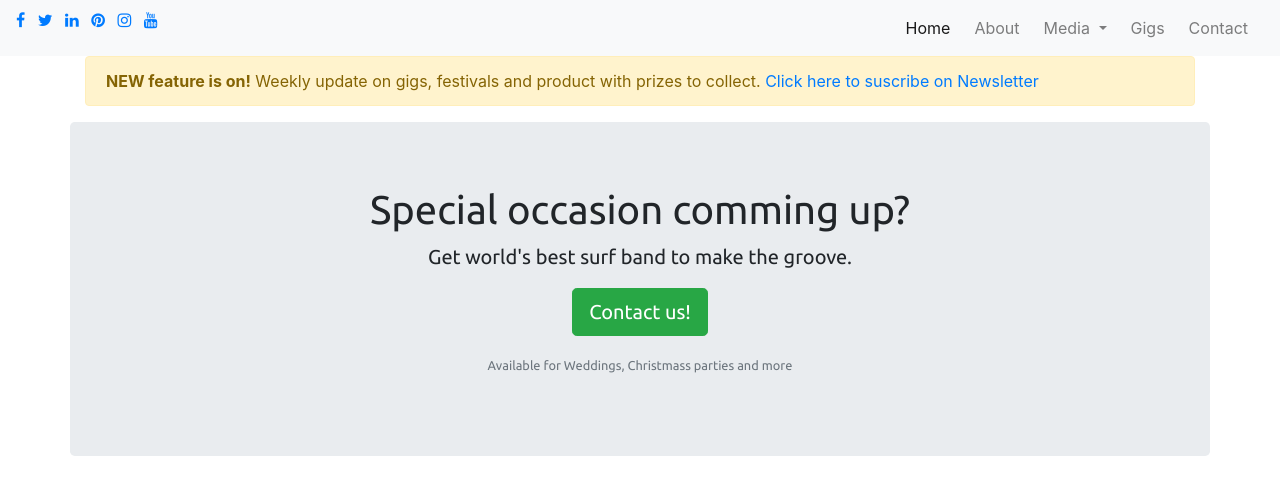
Repository: NamcorStudent/Stream_1_Project_HTML5-CSS3
Page: index.html
The author's editor kept a record of every edit. The page is drawn from the files as they stood at one moment, then again after the next edit.
The browser window is 1280 px wide. The pictures show the whole page.
Some web libraries are served in a nearby version.

Above is the page before.

After the next edit:
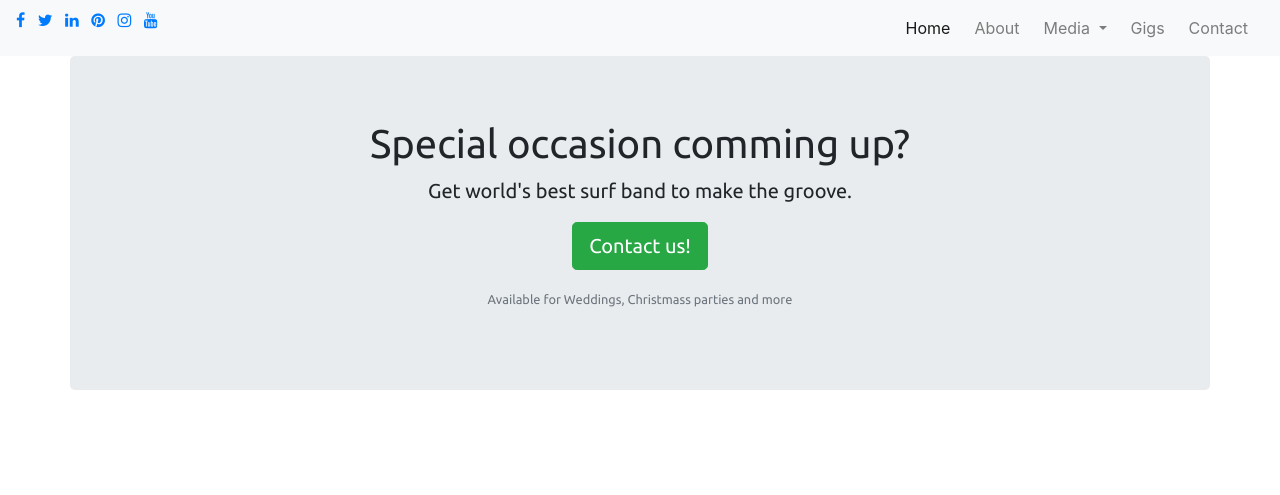
The edit:
--- a/index.html
+++ b/index.html
@@ -12,84 +12,75 @@
 </head>
 
 <body>
-    <header>
-        <!--Nav-->
-        <nav class="navbar navbar-light navbar-expand-sm bg-light">
-            <div class="social-links mr-auto">
-                <ul class="list-inline social-links">
-                    <li class="list-inline-item">
-                        <a target="_blank" href="#">
+
+    <!--Nav-->
+    <nav class="navbar navbar-light navbar-expand-sm bg-light">
+        <div class="social-links mr-auto">
+            <ul class="list-inline social-links">
+                <li class="list-inline-item">
+                    <a target="_blank" href="#">
                             <i class="fa fa-facebook" aria-hidden="true"></i>
                             <span class="sr-only">Facebook</span>
                         </a>
-                    </li>
-                    <li class="list-inline-item">
-                        <a target="_blank" href="#">
+                </li>
+                <li class="list-inline-item">
+                    <a target="_blank" href="#">
                             <i class="fa fa-twitter" aria-hidden="true"></i>
                             <span class="sr-only">Twitter</span>
                         </a>
-                    </li>
-                    <li class="list-inline-item">
-                        <a target="_blank" href="#">
+                </li>
+                <li class="list-inline-item">
+                    <a target="_blank" href="#">
                             <i class="fa fa-linkedin" aria-hidden="true"></i>
                             <span class="sr-only">LinkedIn</span>
                         </a>
-                    </li>
-                    <li class="list-inline-item">
-                        <a target="_blank" href="#">
+                </li>
+                <li class="list-inline-item">
+                    <a target="_blank" href="#">
                             <i class="fa fa-pinterest" aria-hidden="true"></i>
                             <span class="sr-only">Pinterest</span>
                         </a>
-                    </li>
-                    <li class="list-inline-item">
-                        <a target="_blank" href="#">
+                </li>
+                <li class="list-inline-item">
+                    <a target="_blank" href="#">
                             <i class="fa fa-instagram" aria-hidden="true"></i>
                             <span class="sr-only">Instagram</span>
                         </a>
-                    </li>
-                    <li class="list-inline-item">
-                        <a target="_blank" href="#">
+                </li>
+                <li class="list-inline-item">
+                    <a target="_blank" href="#">
                             <i class="fa fa-youtube" aria-hidden="true"></i>
                             <span class="sr-only">YouTube</span>
                         </a>
-                    </li>
-                </ul>
-            </div>
-            <button class="navbar-toggler" type="button" data-toggle="collapse" data-target="#navbarTogglerDropdown" aria-controls="navbarTogglerDemo02" aria-expanded="false" aria-label="Toggle navigation">
+                </li>
+            </ul>
+        </div>
+        <button class="navbar-toggler" type="button" data-toggle="collapse" data-target="#navbarTogglerDropdown" aria-controls="navbarTogglerDemo02" aria-expanded="false" aria-label="Toggle navigation">
             <span class="navbar-toggler-icon"></span>
             </button>
 
-            <div class="collapse navbar-collapse" id="navbarTogglerDropdown">
-                <ul class="navbar-nav ml-auto">
-                    <li class="active nav-item mr-2"><a class="nav-link" href="/">Home</a></li>
-                    <li class="nav-item mr-2"><a class="nav-link" href="">About</a></li>
-                    <li class="nav-item dropdown mr-2">
-                        <a class="nav-link dropdown-toggle" href="#" id="navbarDropdownMenuLink" role="button" data-toggle="dropdown" aria-haspopup="true" aria-expanded="false">
+        <div class="collapse navbar-collapse" id="navbarTogglerDropdown">
+            <ul class="navbar-nav ml-auto">
+                <li class="active nav-item mr-2"><a class="nav-link" href="/">Home</a></li>
+                <li class="nav-item mr-2"><a class="nav-link" href="">About</a></li>
+                <li class="nav-item dropdown mr-2">
+                    <a class="nav-link dropdown-toggle" href="#" id="navbarDropdownMenuLink" role="button" data-toggle="dropdown" aria-haspopup="true" aria-expanded="false">
           Media
         </a>
-                        <div class="dropdown-menu" aria-labelledby="navbarDropdownMenuLink">
-                            <a class="dropdown-item" href="#">Video</a>
-                            <a class="dropdown-item" href="#">Music</a>
-                            <a class="dropdown-item" href="#">Gallery</a>
-                        </div>
-                    </li>
-                    <li class="nav-item mr-2"><a class="nav-link" href="">Gigs</a></li>
-                    <li class="nav-item mr-2"><a class="nav-link" href="">Contact</a></li>
-                    <li class="nav-item mr-2 d-block d-sm-none"><a class="nav-link" href="#" data-toggle="modal" data-target="#signUpModal">Suscribe!!!</a></li>
-                </ul>
-            </div>
-        </nav>
+                    <div class="dropdown-menu" aria-labelledby="navbarDropdownMenuLink">
+                        <a class="dropdown-item" href="#">Video</a>
+                        <a class="dropdown-item" href="#">Music</a>
+                        <a class="dropdown-item" href="#">Gallery</a>
+                    </div>
+                </li>
+                <li class="nav-item mr-2"><a class="nav-link" href="">Gigs</a></li>
+                <li class="nav-item mr-2"><a class="nav-link" href="">Contact</a></li>
+                <li class="nav-item mr-2 d-block d-sm-none"><a class="nav-link" href="#" data-toggle="modal" data-target="#signUpModal">Suscribe!!!</a></li>
+            </ul>
+        </div>
+    </nav>
 
 
-    <div class="container alert-container">
-        <div class="row d-none d-sm-block">
-            <div class="col-12">
-                <div class="alert alert-warning">
-                    <strong>NEW feature is on!</strong> Weekly update on gigs, festivals and product with prizes to collect. <a href="#" data-toggle="modal" data-target="#signUpModal">Click here to suscribe on Newsletter</a>
-                </div>
-            </div>
-        </div>
-    </div>
     <!-- Callout -->
     <div class="container callout-container">
         <div class="row">
